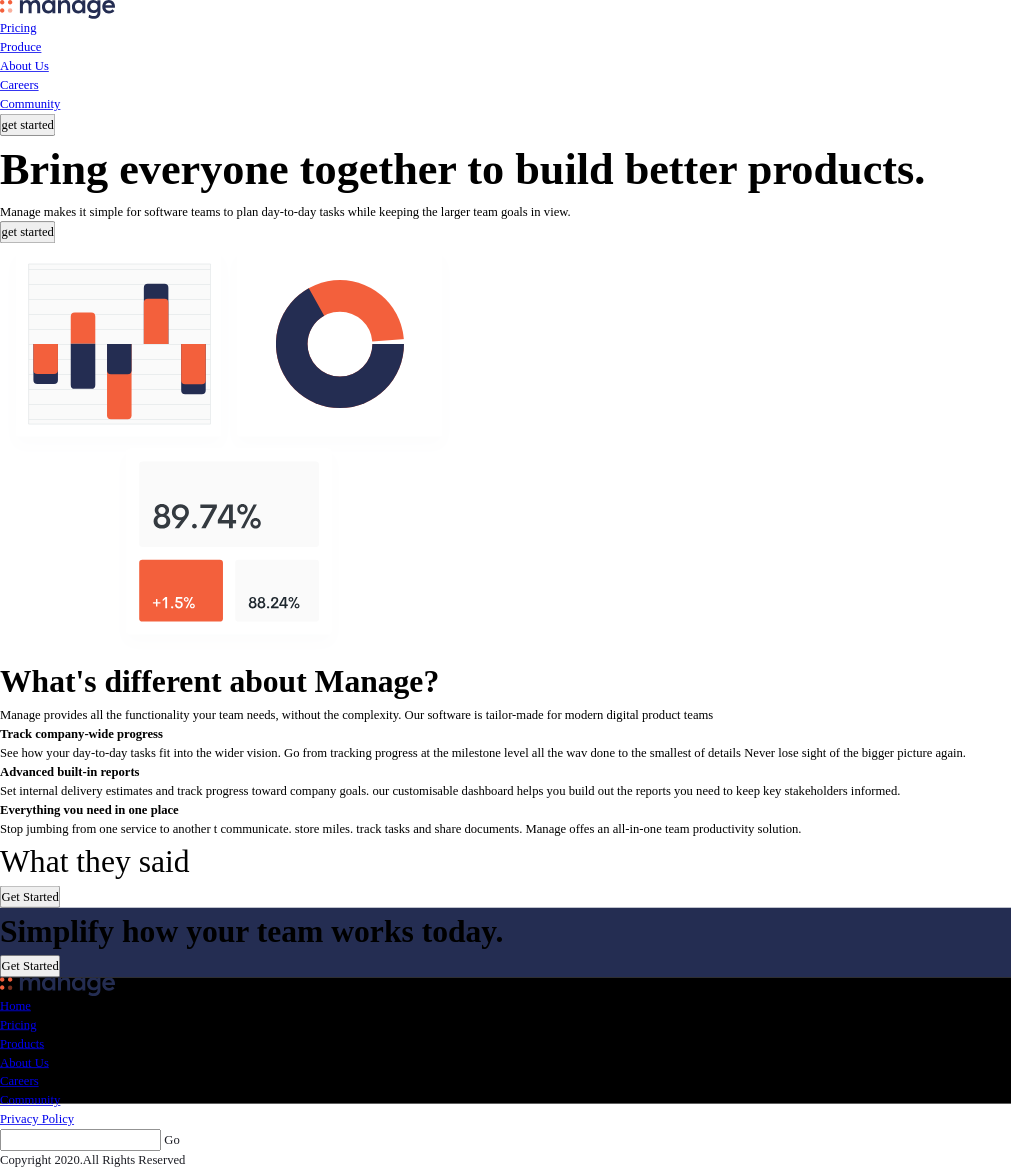
Repository: anthonybrown/website-practice
Page: index.html
The author's editor kept a copy of each file at every save. The page is drawn from the files as they stood at one save, then again after the next save.
The browser window is 1280 px wide. The pictures show the whole page, at 79% of full size.

Above is the page before, as saved 2023-04-18 14:01:35.

### index.html
<!DOCTYPE html>
<html lang="en">

<head>
  <meta charset="UTF-8" />
  <link rel="icon" type="image/svg+xml" href="/vite.svg" />
  <meta name="viewport" content="width=device-width, initial-scale=1.0" />
  <title>Vite App</title>
  <link rel="preconnect" href="https://fonts.googleapis.com">
  <link rel="preconnect" href="https://fonts.gstatic.com" crossorigin>
  <link href="https://fonts.googleapis.com/css2?family=Be+Vietnam+Pro:wght@400;500;700&display=swap" rel="stylesheet">
  <link rel="stylesheet" href="style.css">
</head>

<body>
  <header class="primary-header">
    <div class="container">
      <a href="#" rel="noopener noreferrer"><img src="images/logo.svg" alt="manage"></a>
      <nav class="primary-navigation">
        <ul aria-label="Primary" role="list" class="nav-list">
          <li><a href="#">Pricing</a></li>
          <li><a href="#">Produce</a></li>
          <li><a href="#">About Us</a></li>
          <li><a href="#">Careers</a></li>
          <li><a href="#">Community</a></li>
        </ul>
      </nav>
      <button class="button">get started</button>
    </div>
  </header>

  <main>
    <section>
      <div class="container">
        <div class="even-columns">
          <div>
            <h1 class="fs-primary-heading fw-bold">
              Bring everyone together to build better products.
            </h1>
            <p>
              Manage makes it simple for software teams to plan day-to-day tasks while
              keeping the larger team goals in view.
            </p>
            <button class="button">get started</button>
          </div>
          <div>
            <img src="images/illustration-intro.svg" alt="">
          </div>
        </div>
      </div>
    </section>

    <section>
      <div class="container">
        <div class="even-columns">
          <div>
            <h2 class="fs-secondary-heading fw-bold">
              What's different about Manage?
            </h2>
            <p>
              Manage provides all the functionality your team needs, without the complexity.
              Our software is tailor-made for modern digital product teams
            </p>
          </div>
          <div>
            <ul class="numbered-items" role="list">
              <li>
                <h3 class="fs-600 fw-bold">Track company-wide progress</h3>
                <p>
                  See how your day-to-day tasks fit into the wider vision.
                  Go from tracking progress at the milestone level all the wav done to
                  the smallest of details Never lose sight of the bigger picture again.
                </p>
              </li>
              <li>
                <h3 class="fs-600 fw-bold">Advanced built-in reports</h3>
                <p>
                  Set internal delivery estimates and track progress toward company goals.
                  our customisable dashboard helps you build out the reports you need
                  to keep key stakeholders informed.
                </p>
              </li>
              <li>
                <h3 class="fs-600 fw-bold">Everything vou need in one place</h3>
                <p>
                  Stop jumbing from one service to another t communicate. store miles.
                  track tasks and share documents. Manage offes an all-in-one team
                  productivity solution.
                </p>
              </li>
            </ul>
          </div>
        </div>
      </div>
    </section>

    <section class="carousel">
      <h2 class="fs-secondary-heading">What they said</h2>
      <button class="button">Get Started</button>
    </section>

    <section class="cta | bg-primary-400 text-neutral-900">
      <div class="container">

        <div>
          <p class="fs-secondary-heading fw-bold">Simplify how your team works today.</p>
        </div>
        <div>
          <button class="button" data-type="inverted">Get Started</button>
        </div>
      </div>
    </section>
  </main>

  <footer class="bg-neutral-900 text-neutral-100">
    <div class="container">
      <div class="even-columns">
        <div>
          <a href="#" rel="noopener noreferrer"><img src="images/logo.svg" alt="manage"></a>
          <ul role="list" aria-label="Social Links">
            <li><a aria-label="facebook" href="#"></a></li>
            <li><a aria-label="youtube" href="#"></a></li>
            <li><a aria-label="twitter" href="#"></a></li>
            <li><a aria-label="pinterest" href="#"></a></li>
            <li><a aria-label="instagram" href="#"></a></li>
          </ul>
        </div>

        <div>
          <nav class="footer-nav">
            <ul aria-label="Footer" role="list">
              <li><a href="#">Home</a></li>
              <li><a href="#">Pricing</a></li>
              <li><a href="#">Products</a></li>
              <li><a href="#">About Us</a></li>
              <li><a href="#">Careers</a></li>
              <li><a href="#">Community</a></li>
              <li><a href="#">Privacy Policy</a></li>
            </ul>
          </nav>
        </div>

        <div>
          <input type="text">
          <bytton class="button">Go</bytton>
          <p>Copyright 2020.All Rights Reserved</p>
        </div>

      </div>
    </div>
  </footer>

  <script type="module" src="/main.js"></script>
</body>

</html>

### style.css
:root {
  --clr-accent-400: hsl(12, 88%, 59%);
  --clr-accent-100: hsl(13, 100%, 96%);

  --clr-primary-400: hsl(228, 39%, 23%);

  --clr-neutral-100: hsl(232, 12%, 13%);
  --clr-neutral-900: hsl(0 0% 0%);

  --ff-primary: "Be Vietnam Pro", sans-serif;

  --ff-body: var(--ff-primary);
  --ff-heading: var(--ff-primary);

  --fw-regular: 400;
  --fw-semi-bold: 500;
  --fw-bold: 700;

  --fs-300: 0.8125rem;
  --fs-400: 0.875rem;
  --fs-500: 0.9375rem;
  --fs-600: 1rem;
  --fs-700: 1.875rem;
  --fs-800: 2.5rem;
  --fs-900: 3.5rem;

  --fs-body: var(--fs-400);
  --fs-primary-heading: var(--fs-800);
  --fs-secondary-heading: var(--fs-700);
  --fs-nav: var(--fs-500);
  --fs-button: var(--fs-300);
}

@media (min-width: 50em) {
  :root {
    --fs-body: var(--fs-500);
    --fs-primary-heading: var(--fs-900);
    --fs-secondary-heading: var(--fs-800);

    --fs-nav: var(--fs-300);
  }
}

/* https://piccalil.li/blog/a-modern-css-reset */

/* Box sizing rules */
*,
*::before,
*::after {
  box-sizing: border-box;
}

/* Remove default margin */
* {
  margin: 0;
  padding: 0;
  font: inherit;
}

/* Remove list styles on ul, ol elements with a list role, which suggests default styling will be removed */
ul[role="list"],
ol[role="list"] {
  list-style: none;
}

/* Set core root defaults */
html:focus-within {
  scroll-behavior: smooth;
}

html,
body {
  height: 100%;
}

/* Set core body defaults */
body {
  text-rendering: optimizeSpeed;
  line-height: 1.5;
}

/* A elements that don't have a class get default styles */
a:not([class]) {
  text-decoration-skip-ink: auto;
}

/* Make images easier to work with */
img,
picture,
svg {
  max-width: 100%;
  display: block;
}

/* Remove all animations, transitions and smooth scroll for people that prefer not to see them */
@media (prefers-reduced-motion: reduce) {
  html:focus-within {
    scroll-behavior: auto;
  }

  *,
  *::before,
  *::after {
    animation-duration: 0.01ms !important;
    animation-iteration-count: 1 !important;
    transition-duration: 0.01ms !important;
    scroll-behavior: auto !important;
  }
}

/* Utility classes */

.text-primary-400 {
  color: var(--clr-primary-400);
}

.text-accent-400 {
  color: var(--clr-accent-400);
}

.text-accent-100 {
  color: var(--clr-accent-100);
}

.text-neutral-100 {
  color: var(--clr-neutral-100);
}

.text-neutral-900 {
  color: var(--clr-neutral-900);
}

.bg-primary-400 {
  background-color: var(--clr-primary-400);
}

.bg-accent-400 {
  background-color: var(--clr-accent-400);
}

.bg-accent-100 {
  background-color: var(--clr-accent-100);
}

.bg-neutral-100 {
  background-color: var(--clr-neutral-100);
}

.bg-neutral-900 {
  background-color: var(--clr-neutral-900);
}

.fw-bold {
  font-weight: var(--fw-bold);
}

.fw-semi-bold {
  font-weight: var(--fw-semi-bold);
}

.fw-regular {
  font-weight: var(--fw-regular);
}

.fs-primary-heading {
  font-size: var(--fs-primary-heading);
}

.fs-secondary-heading {
  font-size: var(--fs-secondary-heading);
}

.fs-300 {
  font-size: var(--fs-300);
}

.fs-400 {
  font-size: var(--fs-400);
}

.fs-500 {
  font-size: var(--fs-500);
}

.fs-600 {
  font-size: var(--fs-600);
}


footer {
  height: 10rem;
}

Loaded but not shown: main.js (empty)

After the next save:
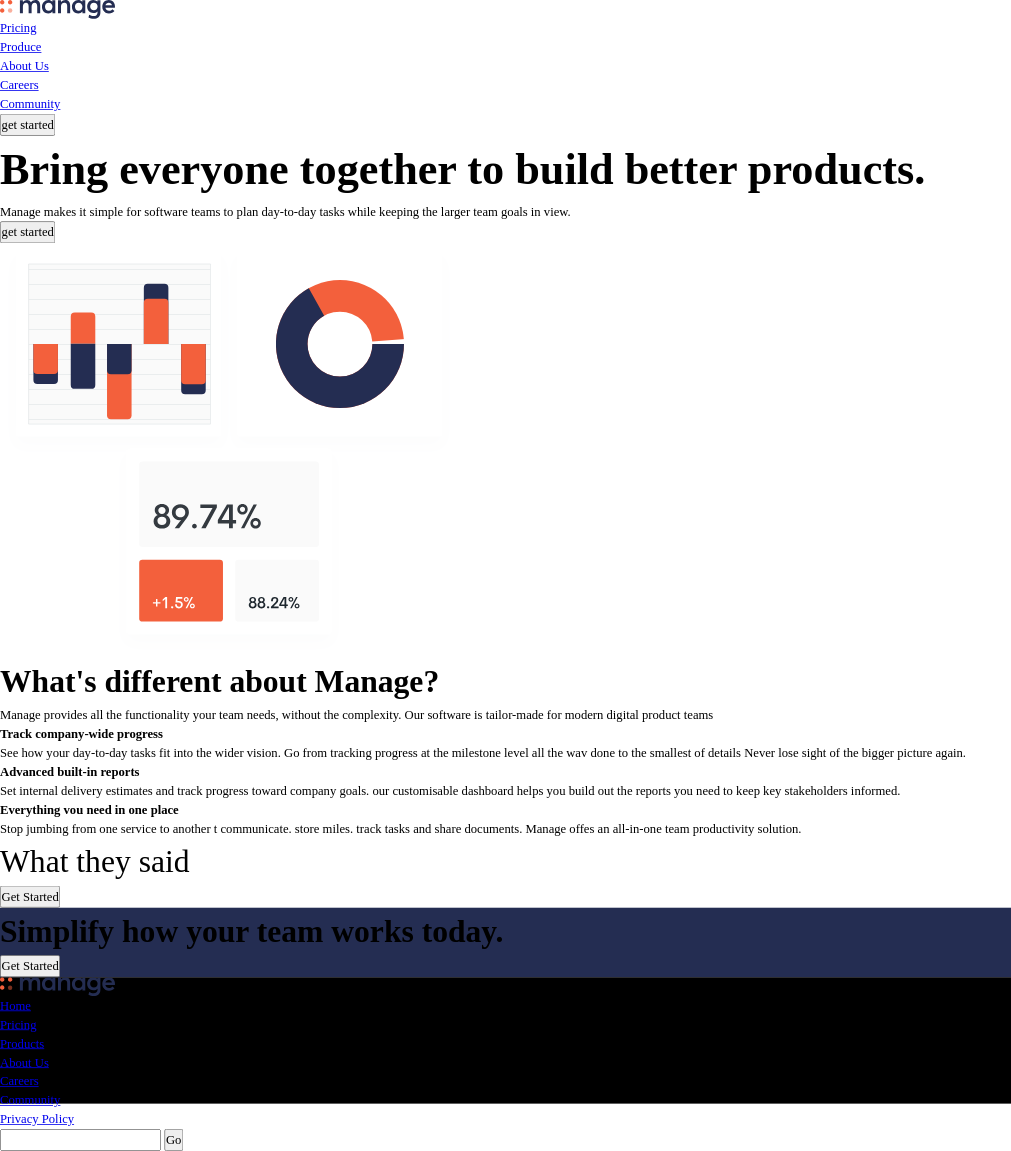
Saved 31 s later.
--- a/index.html
+++ b/index.html
@@ -142,8 +142,7 @@
 
         <div>
           <input type="text">
-          <bytton class="button">Go</bytton>
-          <p>Copyright 2020.All Rights Reserved</p>
+          <button class="button">Go</button>
         </div>
 
       </div>
